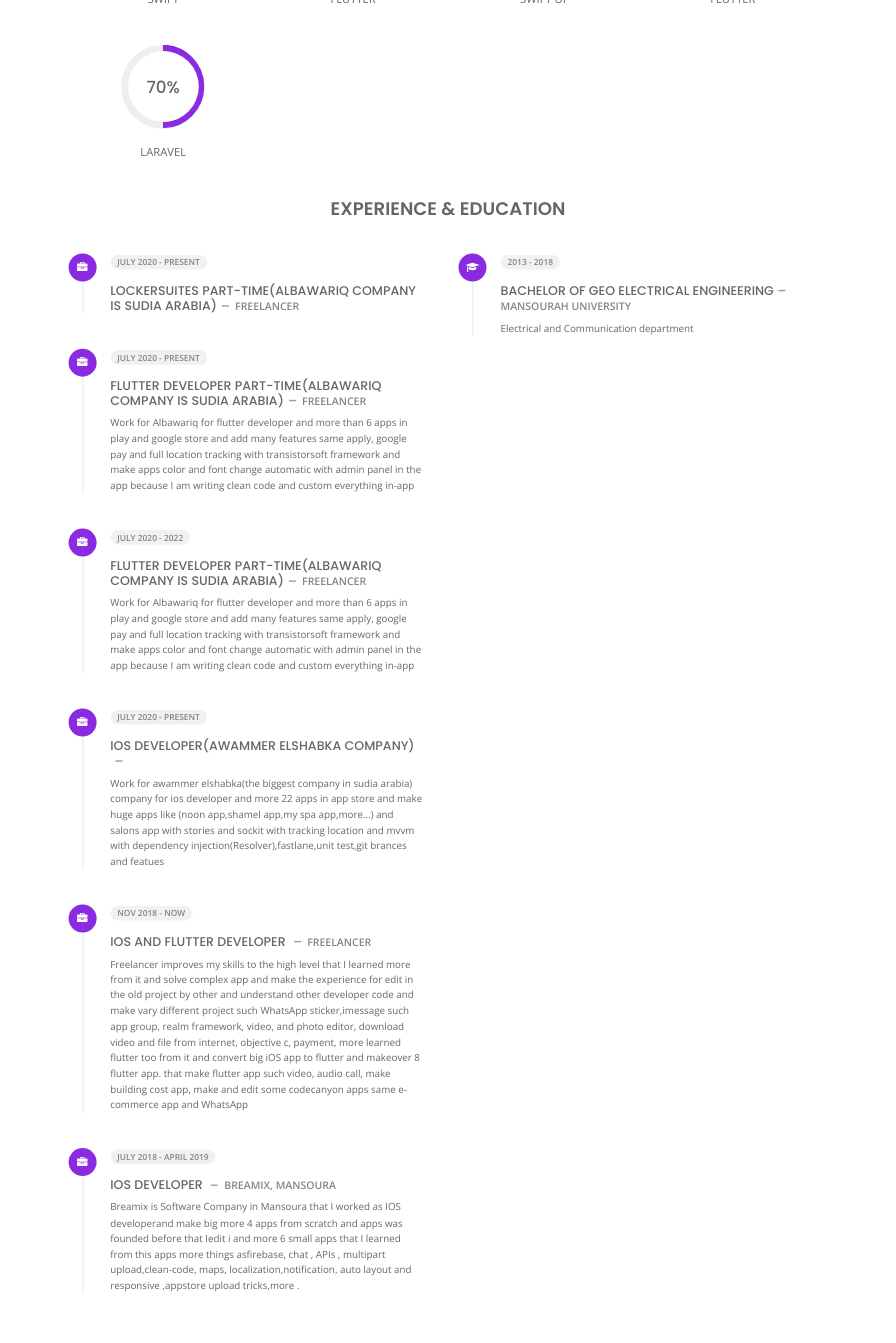
Repository: mhamdimno/mywebsite
Page: about.html
These files come from the project's save history. The page is drawn as it stood at one moment and after the next save; the edit follows.
The browser window is 1280 px wide. The pictures show the part of the page from y = 813 to 2733 px (the page is 2731 px tall before and 2733 px after), at 70% of full size.

Above is the page before, as saved 2023-06-03 15:04:54.

After the next save:
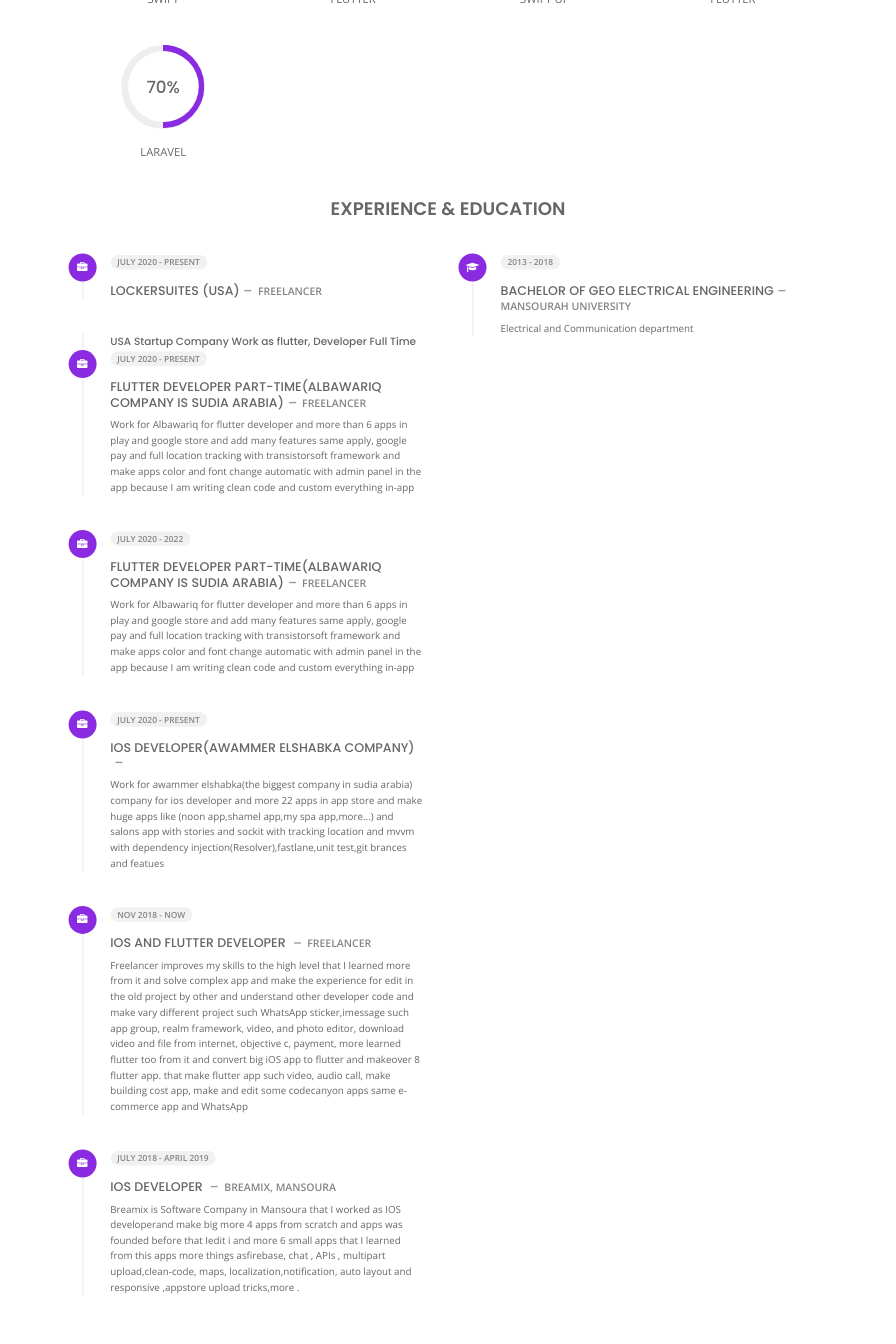
Saved 58 s later.
--- a/about.html
+++ b/about.html
@@ -219,9 +219,9 @@
                                 <i class="fa fa-briefcase"></i>
                             </div>
                             <span class="time open-sans-font text-uppercase">JULY 2020 - PRESENT</span>
-                            <h5 class="poppins-font text-uppercase">LockerSuites Part-time(Albawariq Company is Sudia Arabia)<span class="place open-sans-font">Freelancer</span></h5>
-                            <p class="open-sans-font">
-  <li>
+                            <h5 class="poppins-font text-uppercase">LockerSuites (USA)<span class="place open-sans-font">Freelancer</span></h5>
+                            <p class="open-sans-font">
+  <li>USA Startup Company Work as flutter, Developer Full Time
                             <div class="icon">
                                 <i class="fa fa-briefcase"></i>
                             </div>
